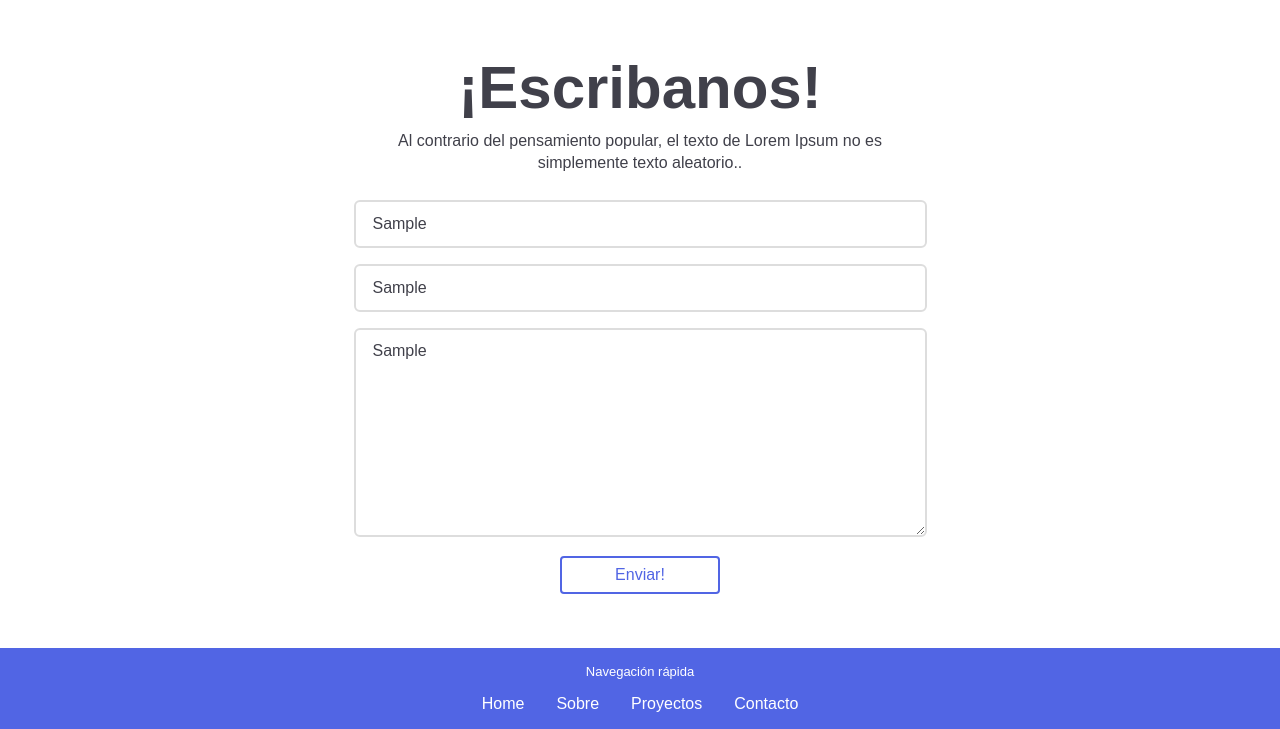
Repository: robsonmarkes/accesibilidad
Page: index.html
The author's editor kept a copy of each file at every save. The page is drawn from the files as they stood at one save, then again after the next save.
The browser window is 1280 px wide. The pictures show the part of the page from y = 1369 to 2098 px (the page is 2098 px tall).
Empty fields were first filled with sample values (such as "Sample", 5 or name@example.com).
After loading, the first visible `#name` was changed once.
A picture or video elsewhere on the page could not be fetched, so the positions and the page height are approximate.

Above is the page before, as saved 2022-10-11 16:54:28.

### index.html
<!DOCTYPE html>
<html lang="en">
<head>
    <meta charset="UTF-8">
    <meta http-equiv="X-UA-Compatible" content="IE=edge">
    <meta name="viewport" content="width=device-width, initial-scale=1.0">
    <title>Mi empresa portal</title>
    <link rel="stylesheet" href="style.css">
</head>
<body>
    <!-- wrong way -->
    <div class="wrap">
        <div class="header">
            <a href="http://google.com" class="logo">
                <img src="https://www.pngarts.com/files/3/Logo-PNG-Transparent-Image.png" alt="" srcset="">
            </a>
            <ul>
                <li>
                    <a href="#" target="_blank" rel="noopener noreferrer">Home</a>
                </li>
                <li>
                    <a href="#" target="_blank" rel="noopener noreferrer">Proyectos</a>
                </li>
                <li>
                    <a href="#" target="_blank" rel="noopener noreferrer">Contacto</a>
                </li>
            </ul>
        </div>
        <div class="content">
            <div class="article">
                <h1>Bienvenido!</h1>
                <p>
                    Lorem Ipsum es simplemente el texto de relleno de las imprentas y archivos de texto. Lorem Ipsum ha sido el texto de relleno estándar de las industrias desde el año 1500, cuando un impresor (N. del T. persona que se dedica a la imprenta) desconocido usó una galería de textos y los mezcló de tal manera que logró hacer un libro de textos especimen. No sólo sobrevivió 500 años, sino que tambien ingresó como texto de relleno en documentos electrónicos, quedando esencialmente igual al original. Fue popularizado en los 60s con la creación de las hojas "Letraset", las cuales contenian pasajes de Lorem Ipsum, y más recientemente con software de autoedición, como por ejemplo Aldus PageMaker, el cual incluye versiones de Lorem Ipsum.
                </p>
                <div class="buttons">
                    <button class="primary">Empezar!</button>
                    <button class="secondary">Contacto</button>
                </div>
            </div>
            <hr />
            <div class="article">
                <div>
                    <h1>Nuestra empresa</h1>
                    <p>
                        Es un hecho establecido hace demasiado tiempo que un lector se distraerá con el contenido del texto de un sitio mientras que mira su diseño. El punto de usar Lorem Ipsum es que tiene una distribución más o menos normal de las letras, al contrario de usar textos como por ejemplo "Contenido aquí, contenido aquí". Estos textos hacen parecerlo un español que se puede leer. Muchos paquetes de autoedición y editores de páginas web usan el Lorem Ipsum como su texto por defecto, y al hacer una búsqueda de "Lorem Ipsum" va a dar por resultado muchos sitios web que usan este texto si se encuentran en estado de desarrollo. Muchas versiones han evolucionado a través de los años, algunas veces por accidente, otras veces a propósito (por ejemplo insertándole humor y cosas por el estilo).
                    </p>
                </div>
                <img src="https://cdn-dynmedia-1.microsoft.com/is/image/microsoftcorp/O2019-Hero-image-x2:VP1-539x440?resMode=sharp2&op_usm=1.5,0.65,15,0&wid=1920&hei=720&qlt=75&fit=constrain" alt="">
            </div>
            <hr />
            <div class="article">
                <h1>¡Escribanos!</h1>
                <p>
                    Al contrario del pensamiento popular, el texto de Lorem Ipsum no es simplemente texto aleatorio..
                </p>
                <form action="">
                    <fieldset>
                        <legend>En formulário de ejemplo</legend>
                        <div class="form-group">
                            <label for="name">nombre:</label>
                            <input type="text" name="name" id="name" placeholder="Escriba su nombre">
                            <span class="validator hidden" id="validate-name"></span>
                        </div>
                        <div class="form-group">
                            <label for="email">correo:</label>
                            <input type="text" name="email" id="email" placeholder="Escriba su correo">
                            <span class="validator hidden" id="validate-email"></span>
                        </div>
                        <div class="form-group">
                            <label for="message">mensaje:</label>
                            <textarea name="message" id="message" cols="30" rows="10" placeholder="Escriba su mensaje"></textarea>
                            <span class="validator hidden" id="validate-message"></span>
                        </div>
                        <button id="send-message" disabled>Enviar!</button>
                    </fieldset>
                </form>
            </div>
        </div>
        <div class="footer">
            <span>Navegación rápida</span>
            <ul>
                <li>
                    <a href="#" target="_blank" rel="noopener noreferrer">Home</a>
                </li>
                <li>
                    <a href="#" target="_blank" rel="noopener noreferrer">Sobre</a>
                </li>
                <li>
                    <a href="#" target="_blank" rel="noopener noreferrer">Proyectos</a>
                </li>
                <li>
                    <a href="#" target="_blank" rel="noopener noreferrer">Contacto</a>
                </li>
            </ul>
        </div>

        <div class="background-modal close-modal" id="background-modal"></div>
        <div class="modal close-modal" id="modal">
            <span class="close-btn" id="close-btn">x</span>
            <h2 class="title">Estas seguro que quieres enviar?</h2>
            <span class="text">La acción no puede ser deshecha.</span>
            <div class="buttons">
                <button id="close-btn">¡Si!</button>
                <button id="close-btn">¡No!</button>
            </div>
        </div>

    </div>
</body>
<script src="scripts.js"></script>
</html>

### style.css
:root {
    --primary-bg: rgb(81, 101, 228);
    --primary-color: #ffffff;
    --secondary-bg: #ffffff;
    --secondary-color: rgb(64, 64, 74);
    --body-bg: rgb(64, 64, 74);
    --transition-time: 0.2s;
  }

body, * {
    margin: 0;
    padding: 0;
    list-style-type: none;
    text-decoration: none;
    font-family:Arial, Helvetica, sans-serif;
    color: var(--secondary-color);
}

body a:hover {
    color: var(--primary-color);
}

.wrap {
    width: 100%;
    height: auto;
    margin: 0 auto;

}

.wrap .header {
    display: flex;
    align-items: center;
    background-color: var(--primary-bg);
}

.wrap .header  img {
    filter: invert(100%);
    height: 64px;
}

.wrap .header ul {
    display: flex;
}
.wrap .header ul li {
    padding: 1rem;
}
.wrap .header a {
    color: var(--primary-color);
}

.wrap .content {
    width: 100%;
    min-width: 400px;
    margin: 0;
}

.wrap .content hr {
    color: var(--body-bg);
    opacity: 0.2;
}

.wrap .content .article {
    margin: 0 auto;
    padding: 64px 0 48px;
    max-width: 600px;
    line-height: 1.4;
}

.wrap .content .article h1, h2, h3 {
    font-size: 3.75rem;
    padding-bottom: 0.35;
    text-align: center;
}

.wrap .content .article p {
    font-size: 1rem;
    text-align: center;
    padding: 0 1rem 1rem;
}

.wrap .content .article img {
    margin: 0 auto;
    max-width: 100%;
    padding: 1rem;
}

.wrap .content .article .buttons {
    max-width: 220px;
    margin: 0 auto;
    display: flex;
}

.wrap .content .article .buttons button {
    font-size: 1rem;
    padding: 0.5rem 1rem;
    margin: 4px;
    border: 2px solid;
    border-radius: 4px;
    cursor: pointer;
    background-color: transparent;
}

.wrap .content .article .buttons button.primary {
    background-color: var(--primary-color);
    color: var(--primary-bg);
    transition: var(--transition-time) background-color;
}

.wrap .content .article .buttons button.primary:hover {
    background-color: var(--primary-bg);
    color: var(--primary-color);
    border-color: var(--primary-bg);
}

.wrap .content .article .buttons button.secondary {
    background-color: var(--secondary-color);
    color: var(--secondary-bg);
    border-color: var(--secondary-color);
    transition: var(--transition-time) background-color;
}

.wrap .content .article .buttons button.secondary:hover {
    background-color: var(--secondary-bg);
    color: var(--secondary-color);
    border-color: var(--secondary-color);
}

.wrap .content .article form {
    width: 100%;
    margin: 0 auto;
}

.wrap .content .article form fieldset {
    display: flex;
    flex-direction: column;
    align-items: center;
    border-color: transparent;
}

.wrap .content .article form fieldset legend {
    opacity: 0;
    font-size: 0px;
}

.wrap .content .article form .form-group {
    width: 100%;
    display: block;
}

.wrap .content .article form .form-group label {
    opacity: 0;
    font-size: 0px;
}

.wrap .content .article form .form-group input, .wrap .content .article form .form-group textarea {
    font-size: 1rem;
    padding: 0.8rem 1rem;
    margin: 0.5rem;
    border: 2px solid #ddd;
    border-radius: 6px;
    width: 90%;
}

.wrap .content .article form fieldset button {
    font-size: 1rem;
    width: 160px;
    margin: 0 auto;
    padding: 0.5rem 1rem;
    margin: 4px;
    border: 2px solid;
    border-radius: 4px;
    cursor: pointer;
    background-color: var(--primary-color);
    color: var(--primary-bg);
    transition: var(--transition-time) background-color;
}

.wrap .content .article form fieldset button:hover {
    background-color: var(--primary-bg);
    color: var(--primary-color);
    border-color: var(--primary-bg);
}

.wrap .content .article form fieldset button[disabled] {
    background: rgb(184, 181, 181);
    color: rgb(102, 100, 100);
}

.wrap .content .article form fieldset .validator {
    font-size: 0.8rem;
    margin-left: 1rem;
    color: red;
}

.wrap .content .article form fieldset .hidden {
    display: none;
}


.wrap .footer {
    display: flex;
    flex-direction: column;
    align-items: center;
    padding: 1rem;
    background-color: var(--primary-bg);
}

.wrap .footer span {
    color: var(--primary-color);
    font-size: small;
    padding-bottom: 1rem;
}

.wrap .footer  ul {
    display: flex;
}

.wrap .footer  ul li a {
    color: var(--primary-color);
    padding: 1rem;
}

/* modal */

.wrap .background-modal {
    width: 100%;
    height: 100%;
    top: 0;
    left: 0;
    opacity: 0.4;
    position: fixed;
    background-color: black;
    z-index: 2;
}

.wrap .modal {
    width: 600px;
    height: 268px;
    position: fixed;
    top: 12%;
    left: calc((100vw - 600px)/2);
    background-color:#fff;
    z-index: 3;
    margin: 0 auto;
}

.wrap .modal .title, .wrap .modal .text {
    text-align: center;
}

.wrap .modal .title {
    font-size: 2rem;
    padding: 3rem 2rem;
}

.wrap .modal .text {
    display: block;
    font-size: 1.5rem;
    color:rgb(89, 89, 93)
}

.wrap .modal .buttons {
    width: 142px;
    margin: 0 auto;
    display: flex;
}

.wrap .modal .buttons button {
    padding: 0.4rem 1rem;
    margin: 1rem 4px;
    font-size: 1rem;
    border: 2px solid;
    border-radius: 4px;
    cursor: pointer;
    background-color: var(--primary-color);
    color: var(--primary-bg);
    transition: var(--transition-time) background-color;
}

.wrap .modal .buttons button:hover {
    background-color: var(--primary-bg);
    color: var(--primary-color);
    border-color: var(--primary-bg);
}

.wrap .modal .close-btn {
    font-size: 1.2rem;
    position: absolute;
    top: 6px;
    left: calc(600px - 20px);
    cursor: pointer;
    color: var(--secondary-color);
    transition: var(--transition-time) color;
}

.wrap .modal .close-btn:hover {
    color: var(--primary-bg);
}

.close-modal {
    visibility: hidden;
}

### scripts.js
const init = () => {
    const backgroundModal = document.querySelector(`#background-modal`);
    const modal = document.querySelector(`#modal`);
    const sendButton = document.querySelector(`#send-message`);
    const closeBtn = document.querySelectorAll(`#close-btn`);
    const hiddenClass = `close-modal`;

    const form = document.querySelectorAll(`input[type="text"], textarea`);

    const validForm = (input) => {

        const message = document.querySelector(`#validate-${input[`name`]}`);

        const showMessage = (messageText) => {
            message.innerHTML = messageText
            message.classList.contains(`hidden`) ? message.classList.remove(`hidden`) : null;
        };

        const hideMessage = () => {
            message.innerHTML = ``
            !message.classList.contains(`hidden`) ? message.classList.add(`hidden`) : null;
        };

        const validateName = (input) => {
            input.value.length > 2 ? hideMessage() : showMessage(`El campo nome no puede estar vacío`);
            return input.value.length > 2;
        };

        const validateEmail = (input) => {
            const validMail = String(input.value)
            .toLowerCase()
            .match(/^(([^<>()[\]\\.,;:\s@"]+(\.[^<>()[\]\\.,;:\s@"]+)*)|(".+"))@((\[[0-9]{1,3}\.[0-9]{1,3}\.[0-9]{1,3}\.[0-9]{1,3}\])|(([a-zA-Z\-0-9]+\.)+[a-zA-Z]{2,}))$/);
            !validMail ? showMessage(`Correo invalido`) : hideMessage();
            return !validMail ? false : true;
        };

        const validateMessage = (input) => {
            input.value.length < 5 ? showMessage(`Mensaje demasiado corto.`) : hideMessage();
            return input.value.length > 5 ? true : false;
        };

        const disabledButton = () => {
            const messageValidate = !message.classList.contains(`hidden`);
            const emptyFields = form[0].value.length > 0 && form[1].value.length > 0 && form[2].value.length > 0;
            return !emptyFields && messageValidate?
            sendButton.setAttribute(`disabled`, true) :
            sendButton.removeAttribute(`disabled`);
        };

        if(input[`name`] == `name`) {
            validateName(input);
        }

        if(input[`name`] == `email`) {
            validateEmail(input);
        }

        if(input[`name`] == `message`) {
            validateMessage(input)
        }

        disabledButton();

    }

    const toggleModal = (event) => {
        event.preventDefault();
        if(backgroundModal.classList.contains(hiddenClass) && modal.classList.contains(hiddenClass)) {
            backgroundModal.classList.remove(hiddenClass);
            modal.classList.remove(hiddenClass);
        } else {
            backgroundModal.classList.add(hiddenClass);
            modal.classList.add(hiddenClass)
        }
    };

    form.forEach(input => {
        input.addEventListener(`keyup`, _ => {
            validForm(input);
        });
    });

    sendButton.addEventListener(`click`, toggleModal);
    closeBtn.forEach(btn => btn.addEventListener(`click`, toggleModal));


};

document.addEventListener(`DOMContentLoaded`, init);

After the next save:
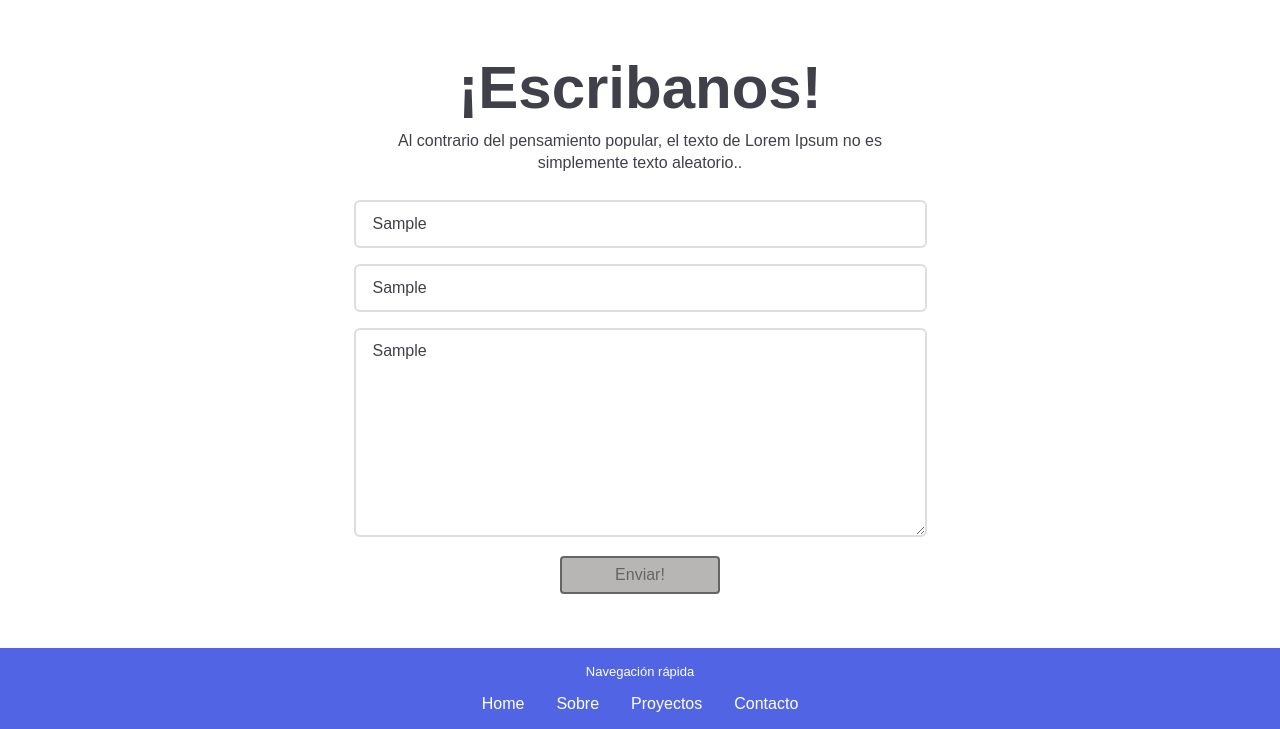
Saved 36 s later.
--- a/scripts.js
+++ b/scripts.js
@@ -40,9 +40,8 @@ const init = () => {
         };
 
         const disabledButton = () => {
-            const messageValidate = !message.classList.contains(`hidden`);
             const emptyFields = form[0].value.length > 0 && form[1].value.length > 0 && form[2].value.length > 0;
-            return !emptyFields && messageValidate?
+            return !emptyFields ?
             sendButton.setAttribute(`disabled`, true) :
             sendButton.removeAttribute(`disabled`);
         };
